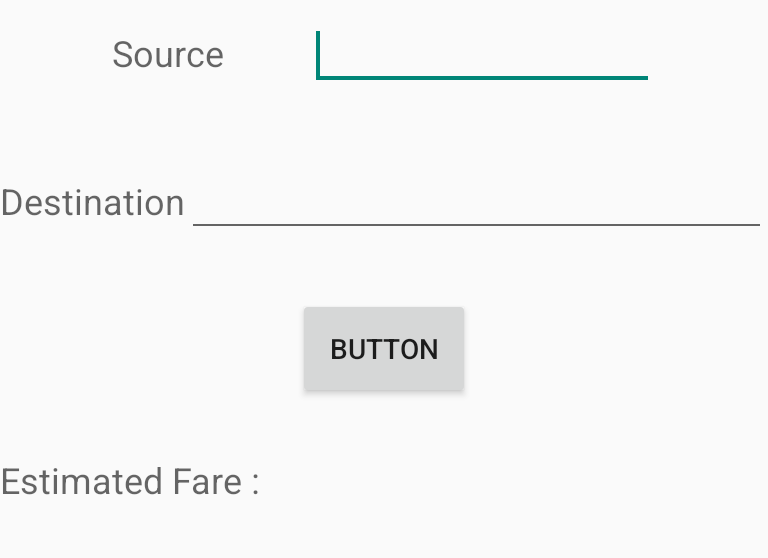
Repository: cravindra/autofareprototype
Layout: AutoFarePrototype/res/layout/activity_main.xml
These files come from the project's save history. The layout is drawn as it stood at one moment and after the next save; the edit follows.
The pictures show rows 722 to 1280 of an output 1280 px tall.
It is drawn on a 768 x 1280 px phone screen (xhdpi) without system bars, with theme AppTheme; the app's code is not run.

Above is the layout before, as saved 2014-07-16 11:17:38.

After the next save:
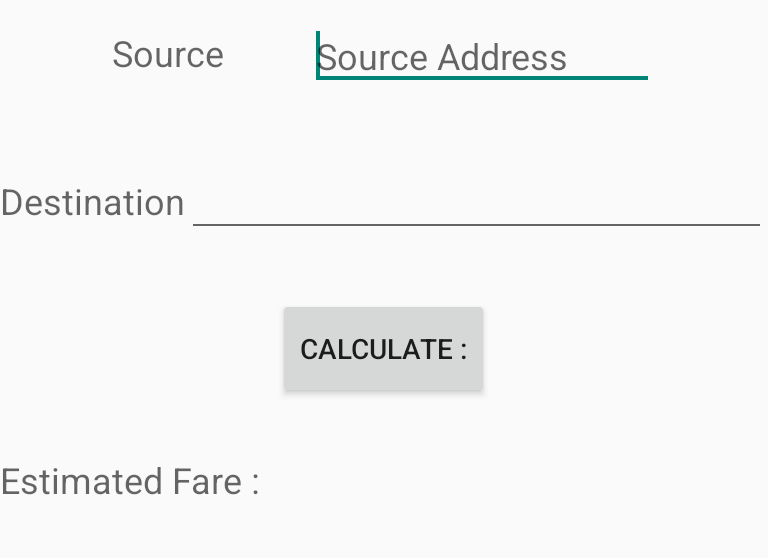
Saved 2 h 7 min later.
--- a/AutoFarePrototype/res/layout/activity_main.xml
+++ b/AutoFarePrototype/res/layout/activity_main.xml
@@ -38,7 +38,10 @@
                 android:id="@+id/et_src"
                 android:layout_width="174dp"
                 android:layout_height="wrap_content"
-                android:ems="10" >
+                android:ems="10"
+                android:hint="Source Address"
+                android:inputType="text"
+                android:textAllCaps="false" >
 
                 <requestFocus />
             </EditText>
@@ -75,7 +78,7 @@
             android:layout_height="0dp"
             android:layout_gravity="center"
             android:layout_weight="1"
-            android:text="Button" />
+            android:text="@string/send_button_string" />
 
         <LinearLayout
             android:layout_width="match_parent"
